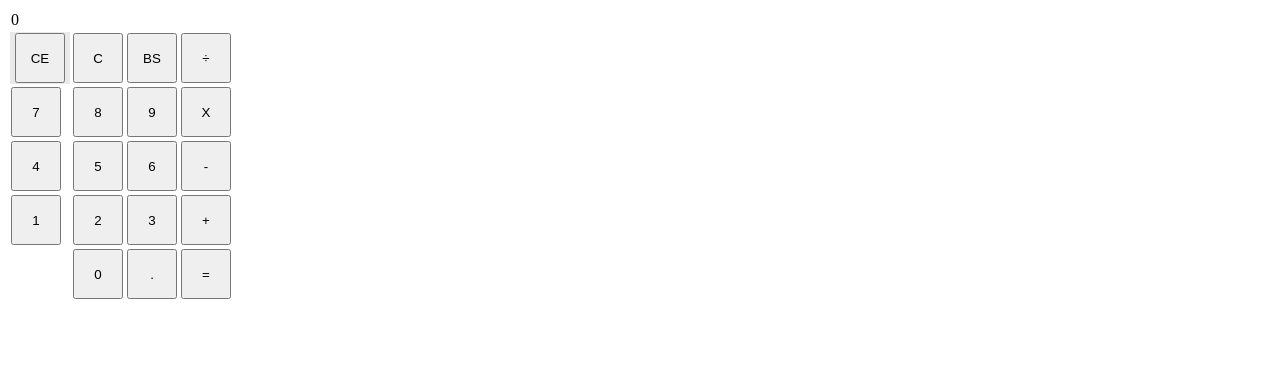
Repository: kwondam/servlet
Page: workspace/JSPPrj/WebContent/calc3.html
These files come from the project's save history. The page is drawn as it stood at one moment and after the next save; the edit follows.
The browser window is 1280 px wide. The pictures show the whole page.

Above is the page before, as saved 2020-03-26 13:21:24.

### workspace/JSPPrj/WebContent/calc3.html
<!DOCTYPE html>
<html>
<head>
<meta charset="UTF-8">
<title>Insert title here</title>
<style>
input{
	width:50px;
	height: 50px;
}
.output{
	height: 50px;
	background: #e9e9e9;
	font-size:24px;
	font-weight: bold;
	text-align: right;
	padding: 0px 5px;
	}
</style>
</head>
<body>
	<form action="calc3" method="post">
		<table>
			<tr>
				<td colspan="4">0</td>
			</tr>
			<tr>
				<td class="output"><input type="submit" name="operator" value="CE"/></td>
				<td><input type="submit" name="operator" value="C"/></td>
				<td><input type="submit" name="operator" value="BS"/></td>
				<td><input type="submit" name="operator" value="÷"/></td>
			</tr>
			<tr>
				<td><input type="submit" name="operator" value="7"/></td>
				<td><input type="submit" name="operator" value="8"/></td>
				<td><input type="submit" name="operator" value="9"/></td>
				<td><input type="submit" name="operator" value="X"/></td>
			</tr>
			<tr>
				<td><input type="submit" name="operator" value="4"/></td>
				<td><input type="submit" name="operator" value="5"/></td>
				<td><input type="submit" name="operator" value="6"/></td>
				<td><input type="submit" name="operator" value="-"/></td>
			</tr>
			<tr>
				<td><input type="submit" name="operator" value="1"/></td>
				<td><input type="submit" name="operator" value="2"/></td>
				<td><input type="submit" name="operator" value="3"/></td>
				<td><input type="submit" name="operator" value="+"/></td>
			</tr>
			<tr>
				<td></td>
				<td><input type="submit" name="operator" value="0"/></td>
				<td><input type="submit" name="operator" value="."/></td>
				<td><input type="submit" name="operator" value="="/></td>
			</tr>
		</table>
	</form>
</body>
</html>

After the next save:
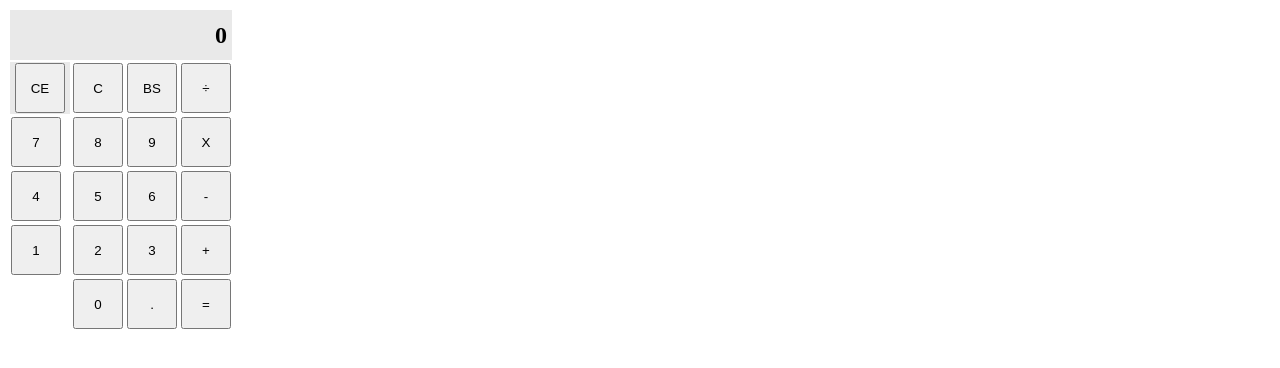
Saved 91 s later.
--- a/workspace/JSPPrj/WebContent/calc3.html
+++ b/workspace/JSPPrj/WebContent/calc3.html
@@ -22,7 +22,7 @@ input{
 	<form action="calc3" method="post">
 		<table>
 			<tr>
-				<td colspan="4">0</td>
+				<td class="output" colspan="4">0</td>
 			</tr>
 			<tr>
 				<td class="output"><input type="submit" name="operator" value="CE"/></td>
